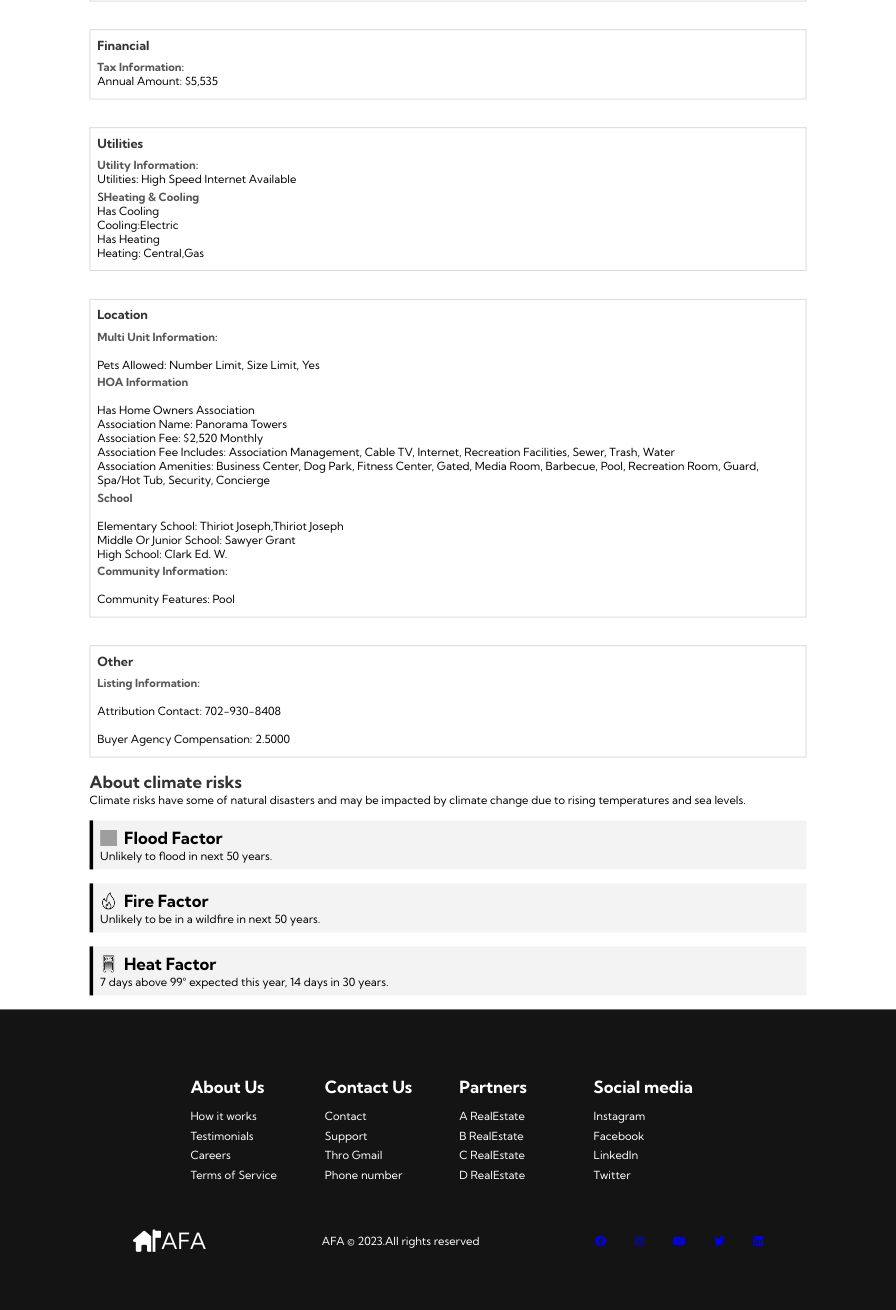
Repository: MrAllin1/ProgWWW_23_Gr1
Page: pages/Apartment5.html
An editor plug-in stored every save of this project. The page is shown before and after the next save, followed by the edit.
The browser window is 1280 px wide. The pictures show the part of the page from y = 2640 to 4560 px (the page is 4512 px tall before and 4672 px after), at 70% of full size.
Pictures or frames that could not be fetched are drawn as grey boxes. A picture or video elsewhere on the page could not be fetched, so the positions and the page height are approximate. Some web libraries are served in a nearby version.

Above is the page before, as saved 2024-01-11 06:40:35.

### pages/Apartment5.html
<!DOCTYPE html>
<html lang="en">
<head>
    <meta charset="UTF-8">
    <meta name="viewport" content="width=device-width, initial-scale=1.0">
    <link rel="stylesheet" type="text/css" href="../pages/stylesForHouse.css">
    <script src="https://kit.fontawesome.com/186711ed6a.js" crossorigin="anonymous"></script>
    <link rel="preconnect" href="https://fonts.googleapis.com">
    <link rel="preconnect" href="https://fonts.gstatic.com" crossorigin>
    <link href="https://fonts.googleapis.com/css2?family=Kumbh+Sans:wght@400;700&display=swap" rel="stylesheet">
    <link rel="stylesheet" href="https://cdnjs.cloudflare.com/ajax/libs/font-awesome/5.15.1/css/all.min.css">
    <title>Apartment on Las Vegas</title>
</head>
<body>
    <nav class="navbar">
        <div class="navbar_container">
            <a href="/" id="navbar_logo"> <i class="fas fa-house-flag"></i>AFA</a>
            <div class="navbar_toggle" id="mobile-menu">
                <span class="bar"></span>
                <span class="bar"></span>
                <span class="bar"></span>
            </div>
            <ul class="navbar_menu">
                <li class="navbar_item">
                    <a href="#home" class="navbar_link">Home</a>
                </li>
                <li class="navbar_item">
                    <a href="#services" class="navbar_link">Services</a>
                </li>
                <li class="navbar_item">
                    <a href="/pages/BuyRent.html" class="navbar_link">Buy/Rent</a>
                </li>
                <li class="navbar_item">
                    <a href="/pages/sell.html" class="navbar_link">Sell</a>
                </li>
                <li class="navbar_btn">
                    <a href="/pages/signUp.html" class="button">Sign Up</a>
                </li>
            </ul>
        </div>
    </nav>
    <div class="gallery-container">
        <h1>Welcome to the Las Vegas, NV 89103 Apartment</h1> </br>
        <a href="https://maps.google.com/maps?q=4575%20Dean%20Martin%20Dr%20%231703,%20Las%20Vegas,%20NV%2089103&output=embed" target="_blank" class="services_link1">4575 Dean Martin Dr #1703, Las Vegas, NV 89103</a>
        <p>$2,197,000</p>
        <span>309 square meters</span>
        <div class="gallery">
            <img src="/images/Apartment_5/item_1.jpg" alt="Image 1" />
            <img src="/images/Apartment_5/item_2.jpg" alt="Image 2" />
            <img src="/images/Apartment_5/item_3.jpg" alt="Image 3" />
            <img src="/images/Apartment_5/item_4.jpg" alt="Image 4" />
            <img src="/images/Apartment_5/item_5.jpg" alt="Image 5" />
            <img src="/images/Apartment_5/item_6.jpg" alt="Image 6" />
            <img src="/images/Apartment_5/item_7.jpg" alt="Image 7" />
            <img src="/images/Apartment_5/item_8.jpg" alt="Image 8" />
            <img src="/images/Apartment_5/item_9.jpg" alt="Image 9" />
            <img src="/images/Apartment_5/item_10.jpg" alt="Image 10" />
            <img src="/images/Apartment_5/item_11.jpg" alt="Image 11" />
            <img src="/images/Apartment_5/item_12.jpg" alt="Image 12" />
            <img src="/images/Apartment_5/item_13.jpg" alt="Image 13" />
            <img src="/images/Apartment_5/item_14.jpg" alt="Image 14" />
            <img src="/images/Apartment_5/item_15.jpg" alt="Image 15" />
            <img src="/images/Apartment_5/item_16.jpg" alt="Image 16" />
            <img src="/images/Apartment_5/item_17.jpg" alt="Image 17" />
            <img src="/images/Apartment_5/item_18.jpg" alt="Image 18" />
            <img src="/images/Apartment_5/item_19.jpg" alt="Image 19" />
            <img src="/images/Apartment_5/item_20.jpg" alt="Image 20" />
            <img src="/images/Apartment_5/item_21.jpg" alt="Image 21" />
            <img src="/images/Apartment_5/item_22.jpg" alt="Image 22" />
            <img src="/images/Apartment_5/item_23.jpg" alt="Image 23" />
            <img src="/images/Apartment_5/item_24.jpg" alt="Image 24" />
            <img src="/images/Apartment_5/item_25.jpg" alt="Image 25" />
            <img src="/images/Apartment_5/item_26.jpg" alt="Image 26" />
            <img src="/images/Apartment_5/item_27.jpg" alt="Image 27" />
            <img src="/images/Apartment_5/item_28.jpg" alt="Image 28" />
            <img src="/images/Apartment_5/item_29.jpg" alt="Image 29" />
            <img src="/images/Apartment_5/item_30.jpg" alt="Image 30" />
            <img src="/images/Apartment_5/item_31.jpg" alt="Image 31" />
            <img src="/images/Apartment_5/item_32.jpg" alt="Image 32" />
            <img src="/images/Apartment_5/item_33.jpg" alt="Image 33" />
            <img src="/images/Apartment_5/item_34.jpg" alt="Image 34" />
            <img src="/images/Apartment_5/item_35.jpg" alt="Image 35" />
            <img src="/images/Apartment_5/item_36.jpg" alt="Image 36" />
            <img src="/images/Apartment_5/item_37.jpg" alt="Image 37" />
            <img src="/images/Apartment_5/item_38.jpg" alt="Image 38" />
            <img src="/images/Apartment_5/item_39.jpg" alt="Image 39" />
            <img src="/images/Apartment_5/item_40.jpg" alt="Image 40" />
            <img src="/images/Apartment_5/item_41.jpg" alt="Image 41" />
            <img src="/images/Apartment_5/item_42.jpg" alt="Image 42" />
          </div>

          <button class="arrow-button left">&#8249;</button>
          <button class="arrow-button right">&#8250;</button>
          <p><strong> About this home</strong></br> The epitome of luxury, high-rise living - Fully furnished, wraparound penthouse w/ floor-to-ceiling windows offering unobstructed views of the famous Las Vegas Strip! From the moment you enter, this unit will take your breath away w/ its abundance of natural light & designer finishes. Sleek, espresso flooring compliments the custom furnishings & matte ceiling. Chef's dream kitchen w/ expansive counter space, Stainless Steel appliances (including stand-alone espresso & ice maker), breakfast bar, & W/ I pantry. Nearby bedroom enjoys gorgeous views & private entrance - ideal for guest quarters! Junior primary features dedicated hall w/ storage, en suite bath, & W/ I closet. Show-stopping primary bedroom has no shortage of views - whether laying in bed, working from the attached retreat, or enjoying a glass of wine on the terrace you'll appreciate the twinkling lights of the most exciting city on Earth! Unit includes TWO * Covered * Parking Spaces + ultra-high end Panorama amenities!</p>
    </div>
</br>
    <div class="property-features">
      <div class="feature">
        <i class="far fa-clock"></i> 1 days on AFA
      </div>
      <div class="feature">
        <i class="fas fa-warehouse"></i> Has garage
      </div>
      <div class="feature">
        <i class="fas fa-building"></i> Condo
      </div>
      <div class="feature">
        <i class="fas fa-fan"></i> Has A/C
      </div>
      <div class="feature">
        <i class="fas fa-hand-holding-usd"></i> $2,520 monthly HOA fee
      </div>
      <div class="feature">
        <i class="fas fa-tools"></i> Built in 2005
      </div>
      <div class="feature">
        <i class="fas fa-map-marker-alt"></i> Las Vegas
      </div>
      <div class="feature">
        <i class="fas fa-soap"></i>In-unit laundry (washer and dryer)
      </div>
      <div class="feature">
        <i class="fas fa-dollar-sign"></i> $660 for sq m
    </div>
      <div class="feature">
        <i class="fas fa-home"></i> Panorama Towers 2
      </div>
    </div>

    <div class="container">
        <h1>Property details for 4575 Dean Martin Dr #1703</h1>
            <div class="details">
                <div class="section">
                    <h2>Parking</h2>
                    <ul>
                        <li><strong>Parking:</strong></br> Assigned, Valet, Guest</br># of Parking (Total): 2</li>
                    </ul>
                </div>
            </div>

            <div class="details">
                <div class="section">
                    <h2>Interior</h2>
                    <ul>
                        <li><strong>Virtual Tour:</strong> <a href="https://www.propertypanorama.com/instaview/las/2551138" target="_blank" rel="noopener noreferrer">Virtual Tour Unbranded 1 (External Link)</a></li>
                        <li><strong>Bedroom Information</strong> </br># of Bedrooms Possible: 3 </br></li>
                        <li><strong>Room Information</strong> </br># of Rooms (Total): 7</li>
                        <li><strong>Room 1 Information</strong> </br>Bedroom 3, Dimensions: 15x11</br>Dimensions: 15x11</li>
                        <li><strong>Room 2 Information</strong> </br>Living Room</br>Dimensions: 27x39</li>
                        <li><strong>Room 3 Information</strong> </br>Dining Room</br>Description: Dining Area</br>Dimensions: 14x13</li>
                        <li><strong>Room 4 Information</strong> </br>Primary Bedroom</br>Description: Balcony,Walk-In Closet(s)</br>Dimensions: 17x16</li>
                        <li><strong>Room 5 Information</strong></br> Primary Bathroom</br>Description: Double Sink,Separate Shower,Separate Tub</li>
                        <li><strong>Room 6 Information</strong></br> Bedroom 2, </br>Description: Walk-In Closet(s),With Bath</br>Dimensions: 15x14</li>
                        <li><strong>Room 7 Information</strong></br> Kitchen</br>Description: Breakfast Bar/Counter,Island,Lighting Recessed,Quartz Countertops,Stainless Steel Appliances,Tile Flooring,Walk-in Pantry</br>Dimensions: 15x26</li>
                        <li><strong>Laundry Information</strong></br> Features: Electric Dryer Hookup, Laundry Closet, Laundry Room</li>
                        <li><strong>Equipment</strong></br> Appliances: Built-In Electric Oven, Dryer, Dishwasher, Disposal, Gas Range, Microwave, Refrigerator, Separate Ice Machine, Washer</li>
                        <li><strong>Interior Features</strong></br>Furnished</br> Other Features: Window Treatments, Programmable Thermostat</li>
                    </ul>
                </div>
            </div>
                <div class="details">
                <div class="section">
                    <h2>Exterior</h2>
                    <ul>
                        <li><strong>Building Information:</strong></br> Building Name: PANORAMA TOWERS</br>Year Built Details: RESALE</li>
                        <li><strong>Exterior Features</strong></br>Patio and Porch Features: Terrace</br> Security Features: 24 Hour Security</li>
                        <li><strong>Pool Information</strong></br> Pool Features:Community</li>
                        <li><strong>Property Information</strong></br> Has View</br>Entry Level: 17</br>Resale</li>

                    </ul>
                </div>
            </div>
            <div class="details">
                <div class="section">
                    <h2>Financial</h2>
                    <ul>
                        <li><strong>Tax Information:</strong> </br>Annual Amount: $5,535</li>
                    </ul>
                </div>
            </div>

            <div class="details">
                <div class="section">
                    <h2>Utilities</h2>
                    <ul>
                        <li><strong>Utility Information:</strong></br> Utilities: High Speed Internet Available</li>
                        <li>S<strong>Heating & Cooling</strong></br> Has Cooling</br>Cooling:Electric</br>Has Heating</br>Heating: Central,Gas</li>
                    </ul>
                </div>
            </div>


            <div class="details">
                <div class="section">
                    <h2>Location</h2>
                    <ul>
                        <li><strong>Multi Unit Information:</strong></br></br> Pets Allowed: Number Limit, Size Limit, Yes</li>
                        <li><strong>HOA Information</strong> </br></br>Has Home Owners Association </br>Association Name: Panorama Towers </br>Association Fee: $2,520 Monthly</br>Association Fee Includes: Association Management, Cable TV, Internet, Recreation Facilities, Sewer, Trash, Water</br>Association Amenities: Business Center, Dog Park, Fitness Center, Gated, Media Room, Barbecue, Pool, Recreation Room, Guard, Spa/Hot Tub, Security, Concierge</li>
                        <li><strong>School</strong></br> </br> Elementary School: Thiriot Joseph,Thiriot Joseph</br>Middle Or Junior School: Sawyer Grant</br>High School: Clark Ed. W.</li>
                        <li><strong>Community Information:</strong></br></br>Community Features: Pool</li>
                    </ul>
                </div>
            </div>


            <div class="details">
                <div class="section">
                    <h2>Other</h2>
                    <ul>
                        <li><strong>Listing Information:</strong></br></br> Attribution Contact: 702-930-8408</br></br>Buyer Agency Compensation: 2.5000</li>
                    </ul>
                </div>
            </div>
        </div>
    </div>



      <div class="container">
        <h1>About climate risks</h1>
        <p>Climate risks have some of natural disasters and may be impacted by climate change due to rising temperatures and sea levels.</p>

        <div class="risk-factor" id="floodRisk">
            <h2>Flood Factor</h2>
            <p>Unlikely to flood in next 50 years.</p>
        </div>

        <div class="risk-factor" id="fireRisk">
            <h2>Fire Factor</h2>
            <p>Unlikely to be in a wildfire in next 50 years.</p>
        </div>

        <div class="risk-factor" id="heatRisk">
            <h2>Heat Factor</h2>
            <p>7 days above 99° expected this year, 14 days in 30 years.</p>
        </div>
    </div>
    <div class="footer_container">
        <div class="footer_links">
            <div class="footer_link-wrapper">
                <div class="footer_link-items">
                    <h2>About Us</h2>
                    <a href="/">How it works</a>
                    <a href="/">Testimonials</a>
                    <a href="/">Careers</a>
                    <a href="/">Terms of Service</a>
                </div>
                <div class="footer_link-items">
                    <h2>Contact Us</h2>
                    <a href="/">Contact</a>
                    <a href="/">Support</a>
                    <a href="/">Thro Gmail</a>
                    <a href="/">Phone number</a>
                </div>
            </div>
            <div class="footer_link-wrapper">
                <div class="footer_link-items">
                    <h2>Partners</h2>
                    <a href="/">A RealEstate</a>
                    <a href="/">B RealEstate</a>
                    <a href="/">C RealEstate</a>
                    <a href="/">D RealEstate</a>
                </div>
                <div class="footer_link-items">
                    <h2>Social media</h2>
                    <a href="https://www.instagram.com" target="_blank">Instagram</a>
                    <a href="https://www.facebook.com" target="_blank">Facebook</a>
                    <a href="https://www.linkedin.com" target="_blank">LinkedIn</a>
                    <a href="https://www.twitter.com" target="_blank">Twitter</a>
                </div>
            </div>
        </div>
        <div class="social_media">
            <div class="social_media-wrap">
                <div class="footer_logo">
                    <a href="/" id="footer_logo"> <i class="fas fa-house-flag"></i>AFA</a>
                </div>
                <p class="website_rights">AFA © 2023.All rights reserved</p>
                <div class="social_icons">
                    <a href="/" class="social_icon_link" target="_blank"><i class="fab fa-facebook"></i></a>
                    <a href="https://www.instagram.com" class="social_icon_link" target="_blank"><i class="fab fa-instagram"></i></a>
                    <a href="https://www.facebook.com" class="social_icon_link" target="_blank"><i class="fab fa-youtube"></i></a>
                    <a href="https://www.twitter.com" class="social_icon_link" target="_blank"><i class="fab fa-twitter"></i></a>
                    <a href="https://www.linkedin.com" class="social_icon_link" target="_blank"><i class="fab fa-linkedin"></i></a>
                </div>
            </div>
        </div>
    </div>

    <script src="../app.js"></script>

</body>
</html>

Loaded but not shown: app.js (155 lines, source omitted); pages/stylesForHouse.css (784 lines, source omitted)

After the next save:
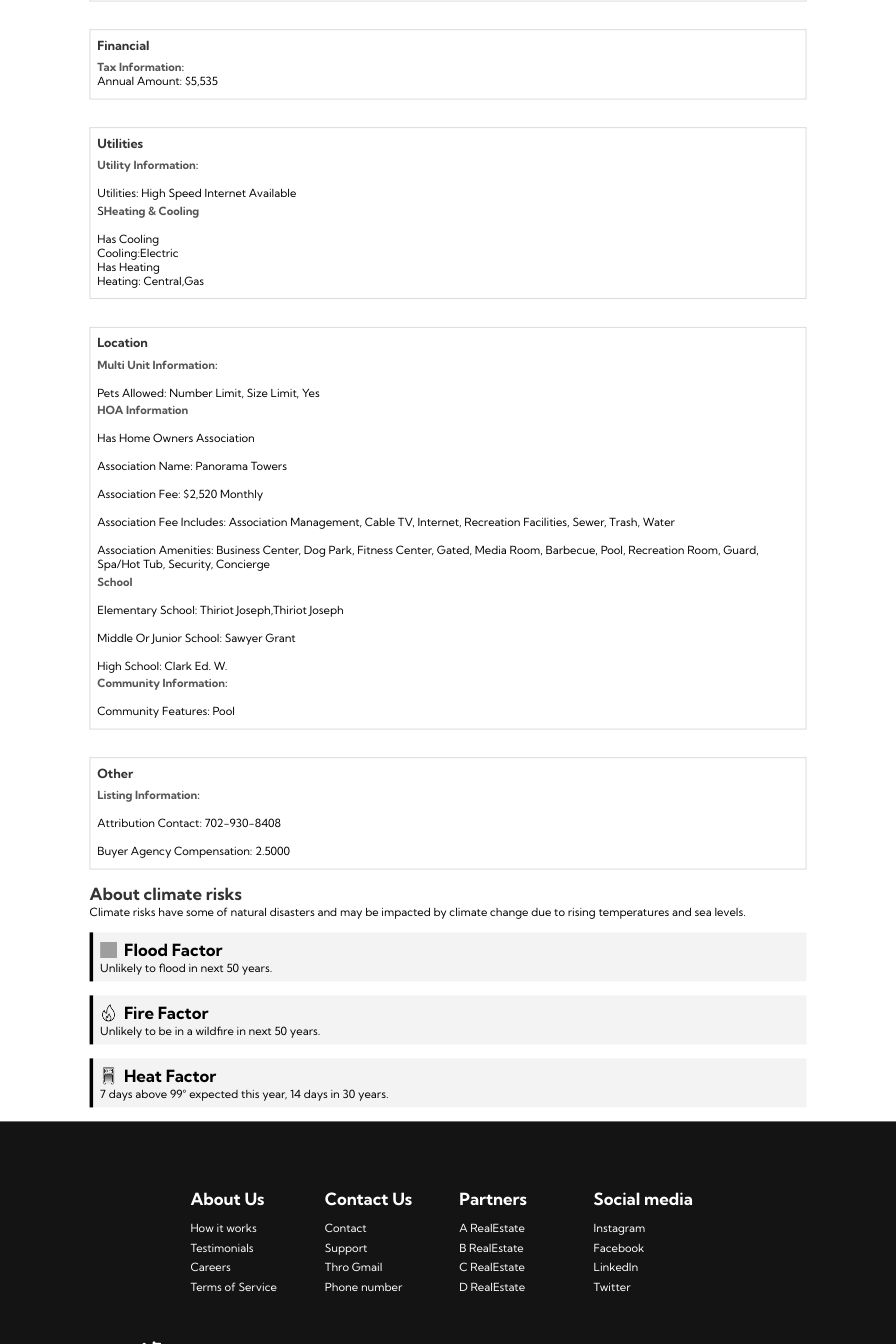
Saved 29 s later.
--- a/pages/Apartment5.html
+++ b/pages/Apartment5.html
@@ -183,8 +183,8 @@
                 <div class="section">
                     <h2>Utilities</h2>
                     <ul>
-                        <li><strong>Utility Information:</strong></br> Utilities: High Speed Internet Available</li>
-                        <li>S<strong>Heating & Cooling</strong></br> Has Cooling</br>Cooling:Electric</br>Has Heating</br>Heating: Central,Gas</li>
+                        <li><strong>Utility Information:</strong></br></br> Utilities: High Speed Internet Available</li>
+                        <li>S<strong>Heating & Cooling</strong></br></br> Has Cooling</br>Cooling:Electric</br>Has Heating</br>Heating: Central,Gas</li>
                     </ul>
                 </div>
             </div>
@@ -195,8 +195,8 @@
                     <h2>Location</h2>
                     <ul>
                         <li><strong>Multi Unit Information:</strong></br></br> Pets Allowed: Number Limit, Size Limit, Yes</li>
-                        <li><strong>HOA Information</strong> </br></br>Has Home Owners Association </br>Association Name: Panorama Towers </br>Association Fee: $2,520 Monthly</br>Association Fee Includes: Association Management, Cable TV, Internet, Recreation Facilities, Sewer, Trash, Water</br>Association Amenities: Business Center, Dog Park, Fitness Center, Gated, Media Room, Barbecue, Pool, Recreation Room, Guard, Spa/Hot Tub, Security, Concierge</li>
-                        <li><strong>School</strong></br> </br> Elementary School: Thiriot Joseph,Thiriot Joseph</br>Middle Or Junior School: Sawyer Grant</br>High School: Clark Ed. W.</li>
+                        <li><strong>HOA Information</strong> </br></br>Has Home Owners Association </br></br>Association Name: Panorama Towers </br></br>Association Fee: $2,520 Monthly</br></br>Association Fee Includes: Association Management, Cable TV, Internet, Recreation Facilities, Sewer, Trash, Water</br></br>Association Amenities: Business Center, Dog Park, Fitness Center, Gated, Media Room, Barbecue, Pool, Recreation Room, Guard, Spa/Hot Tub, Security, Concierge</li>
+                        <li><strong>School</strong></br> </br> Elementary School: Thiriot Joseph,Thiriot Joseph</br></br>Middle Or Junior School: Sawyer Grant</br></br>High School: Clark Ed. W.</li>
                         <li><strong>Community Information:</strong></br></br>Community Features: Pool</li>
                     </ul>
                 </div>
